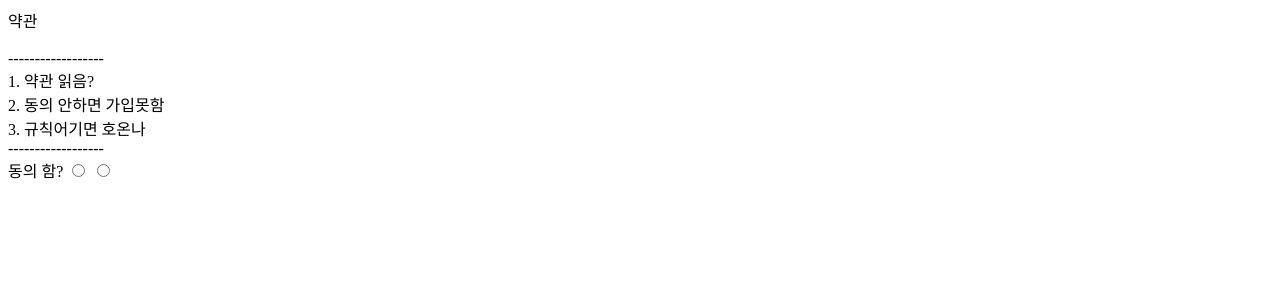
Repository: ionoffx00101/Bitworkspace
Page: http://localhost/brain/subscribe/Agreement.jsp
The author's editor kept a copy of each file at every save. The page is drawn from the files as they stood at one save, then again after the next save.
The browser window is 1280 px wide. The pictures show the whole page.
The page is served by Tomcat 9.

Above is the page before, as saved 2017-01-20 01:17:47.

After the next save:
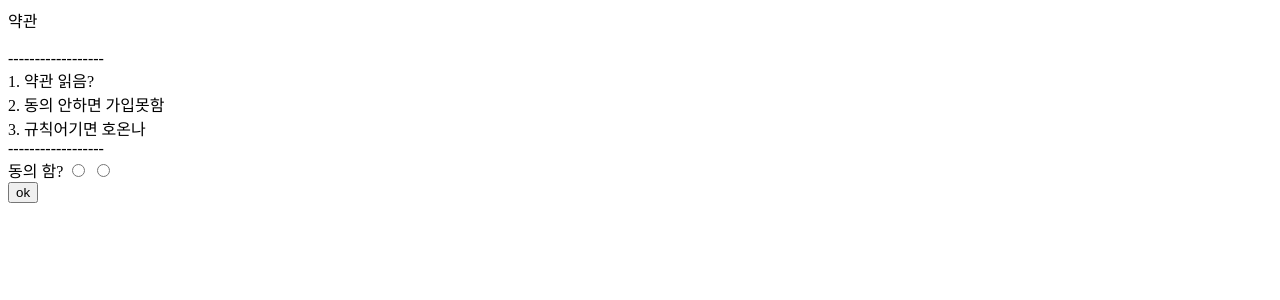
Saved 71 s later.
--- a/brain/WebContent/subscribe/Agreement.jsp
+++ b/brain/WebContent/subscribe/Agreement.jsp
@@ -26,7 +26,8 @@
 	<br> ------------------
 	<br>
 	<form action="Subscribe.jsp" method="post">
-		동의 함? <input type="radio" name="agree" value="agree"> <input type="radio" name="agree" value="disagree">
+		동의 함? <input type="radio" name="agree" value="agree"> <input type="radio" name="agree" value="disagree"><br>
+		<input type="submit" value="ok">
 	</form>
 </body>
 </html>
